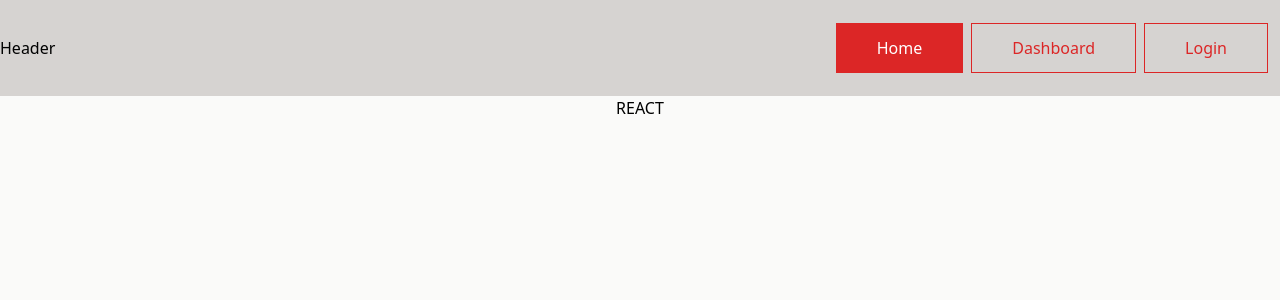
Repository: XavierOtavio/Cuzinhas
Page: /
An editor plug-in stored every save of this project. The page is shown before and after the next save, followed by the edit.
The browser window is 1280 px wide. The pictures show the whole page.
The project was rebuilt for these pictures with package versions that can differ from the ones it lists, and the page was loaded fresh each time. Also part of the build but not shown: src/components/Dashboard.js.

Above is the page before, as saved 2023-03-08 12:30:45.

After the next save:
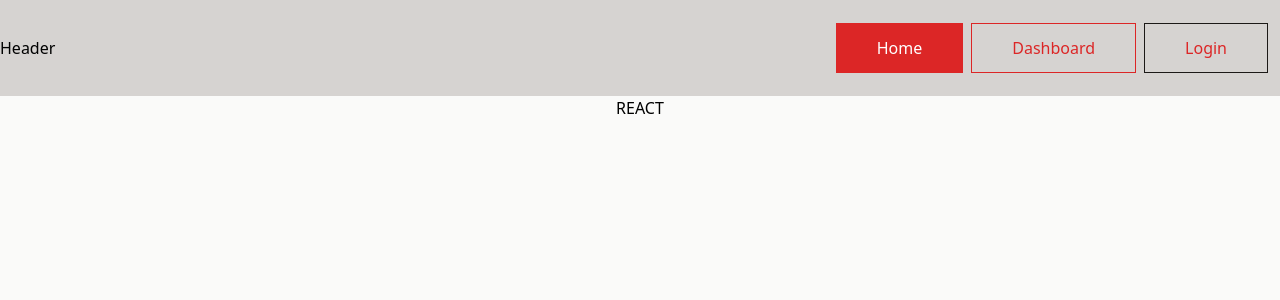
Saved 1 s later.
--- a/src/components/Header.js
+++ b/src/components/Header.js
@@ -17,7 +17,7 @@ function Header() {
           </button>
         </Link>
         <Link to="/login">
-          <button class="block border border-red-600 bg-stone-300 px-10 py-3 text-red-600 ml-2 font-medium">
+          <button class="block border border-stone-900 bg-stone-300 px-10 py-3 text-red-600 ml-2 font-medium">
             Login
           </button>
         </Link>
